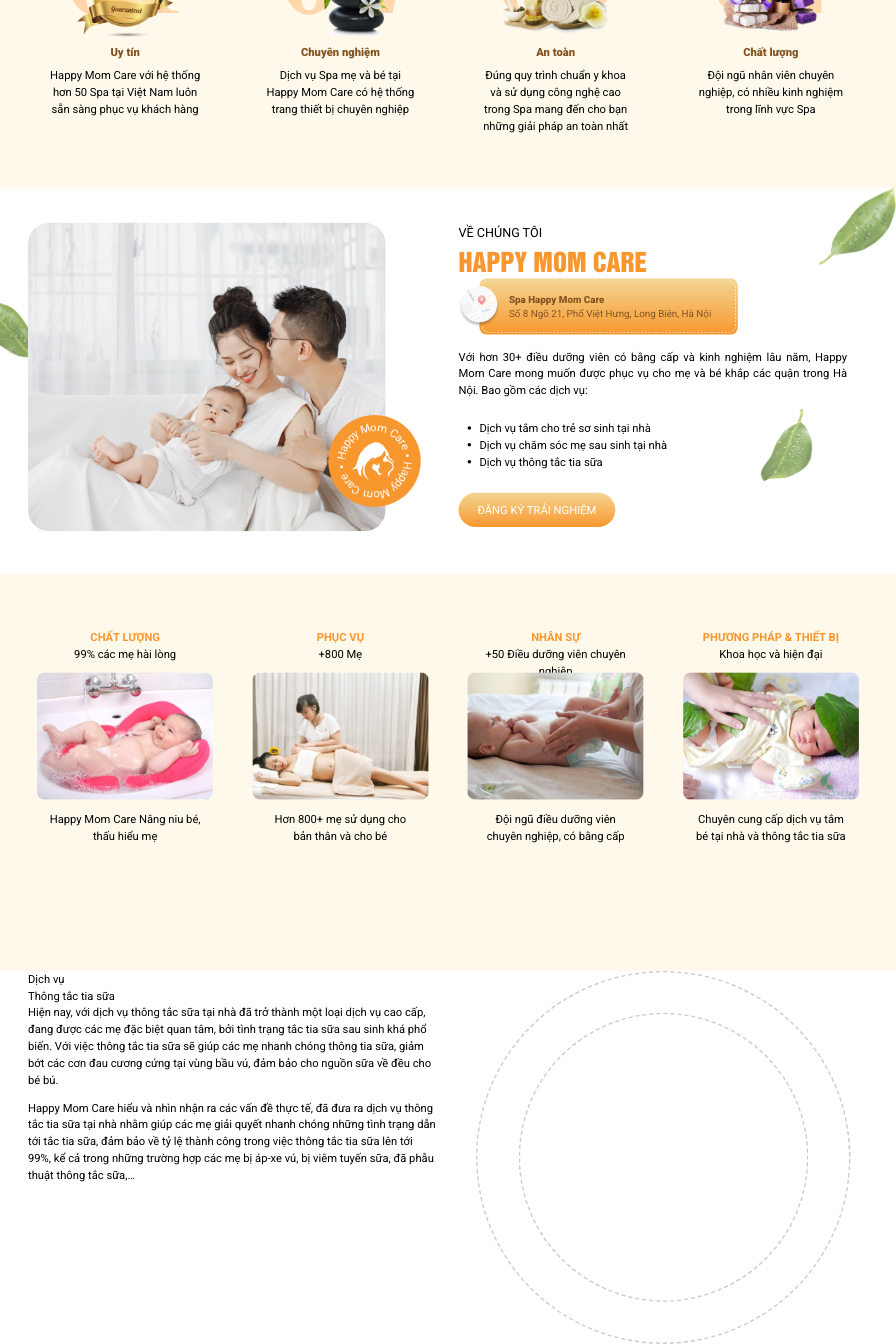
Repository: haianh12082001/happymom
Page: index.html
An editor plug-in stored every save of this project. The page is shown before and after the next save, followed by the edit.
The browser window is 1280 px wide. The pictures show the part of the page from y = 850 to 2770 px (the page is 2770 px tall before and 2557 px after), at 70% of full size.
Some web libraries are served in a nearby version. The style sheet was rebuilt from its Sass, Less or Tailwind sources for each picture, by a compiler version that may differ from the author's.

Above is the page before, as saved 2021-11-16 09:23:30.

After the next save:
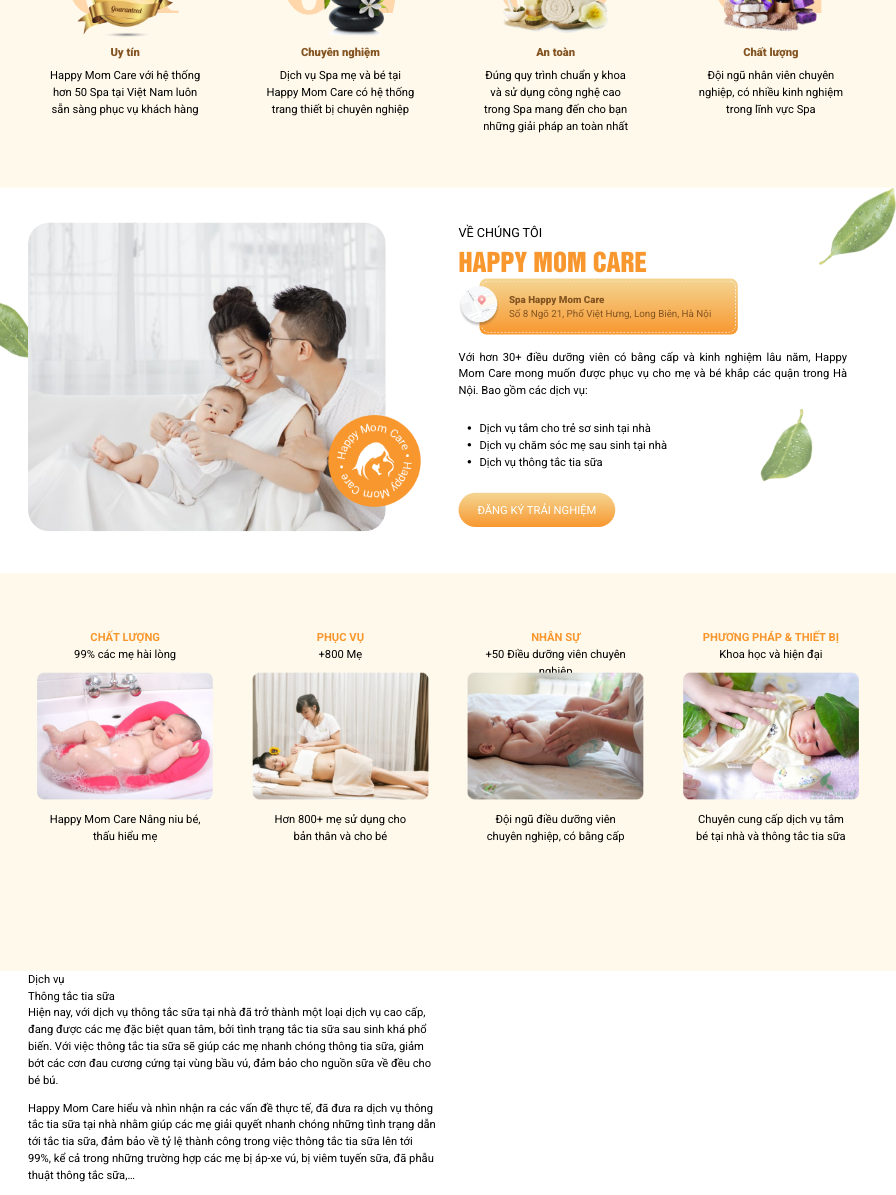
Saved 4 min 7 s later.
--- a/assets/sass/_service.scss
+++ b/assets/sass/_service.scss
@@ -4,25 +4,5 @@
     &__right {
         padding: 0 40px;
         position: relative;
-        .bigCircle {
-            width: 100%;
-            height: 533px;
-            border: 2px dashed #cccccc;
-            box-sizing: border-box;
-            border-radius: 50%;
-            position: relative;
-            &::before {
-                content: "";
-                position: absolute;
-                width: 78%;
-                height: 78%;
-                border: 2px dashed #cccccc;
-                box-sizing: border-box;
-                border-radius: 50%;
-                top: 50%;
-                left: 50%;
-                transform: translate(-50%, -50%);
-            }
-        }
     }
 }
